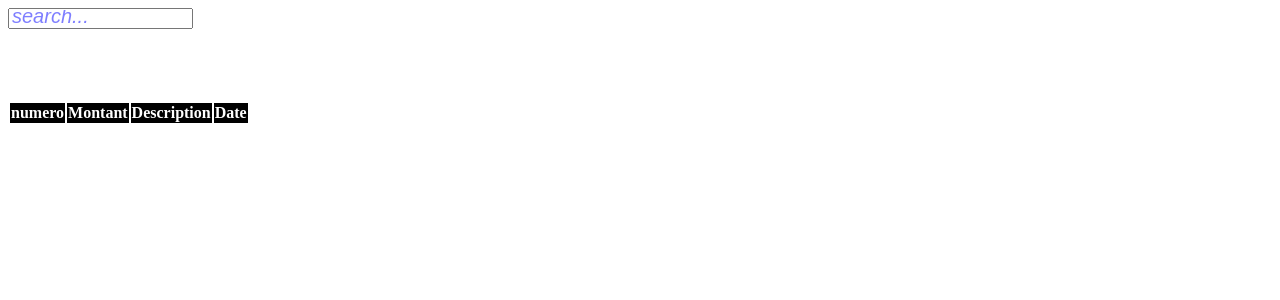
Repository: mitantsoa1/cash
Page: http://localhost/Views/Back/affichage_depot_compte.php
An editor plug-in stored every save of this project. The page is shown before and after the next save, followed by the edit.
The browser window is 1280 px wide. The pictures show the whole page.
The page is run by PHP 8.4 with error messages shown; the project is at /var/www/html/. Queries for data that is not in the repository find no rows.

Above is the page before, as saved 2021-02-18 10:54:42.
Console error: SyntaxError: Unexpected token '<'

### Views/Back/affichage_depot_compte.php
<!DOCTYPE html>
<html lang="en">
<head>
	<meta charset="UTF-8">
	<meta name="viewport" content="width=device-width, initial-scale=1.0">
	<title>Document</title>
	<link rel="stylesheet" href="Publics/css/style.css">
	<link rel="stylesheet" href="Publics/vendor4/bootstrap/css/bootstrap.min.css">
    <link rel="stylesheet" href="Publics/vendor4/font-awesome5/css/all.css">
	<style>
        .affichage_depot_t {
            height: 200px !important;
			overflow-y: auto !important;
			padding-top: 0;
			margin-top: 0;
		}
		table{
			position: relative !important;
			margin-top: 0;
			padding-top: 0;

		}
		thead{
			position: sticky !important;
			top: 0;
			background: rgb(0, 0, 0);
			color: white;
			margin-top: 0;
			padding-top: 0;
		}
		#myInput::placeholder{
			color: blue;
			font-size: 1.5em;
			font-style: italic;
			opacity: .5;
		}

    </style>
</head>
<body>
    <div class="container-fluid">
        <input type="text" name="myInput" id="myInput" placeholder="search... "><br><br>
    </div>
	<br>
	<br>
<div class="container-fluid affichage_depot_t">
				<?php
					include '../../Models/Database.class.php';
					$db = new Database();
					Database::init('localhost','cash','root','');
						$table = $db->selectSP()
										->from('depot')
										->order("id","DESC")
										// ->limit(0,2)
										->executeSP();

						echo " <br><table class='table table-striped table-hover table-bordered' id='myTable'>
								<thead>
									<th>numero</th>
									<th>Montant</th>
									<th>Description</th>
									<th>Date</th>
								</thead>
								<tbody>";

						for ($i=0; $i < count($table); $i++) {
							echo "<tr>
									<td>".$table[$i]->numero."</td>
									<td>".$table[$i]->montant."</td>
									<td>".$table[$i]->description."</td>
									<td>".$table[$i]->date."</td>
								</tr>";
						}
						echo "</tbody>
							</table>";
				?>
			</div>
			<br>
            <script src="Publics/js/jquery-3.1.1.js"></script>
	<script src="Publics/vendor4/bootstrap/js/bootstrap.js"></script>
	<script src="Publics/js/accueilSide.js"></script>
	<!-- <script src="Publics/js/select.js"></script> -->
	<script>
		// filtre depot

		$("#myInput").on("keyup", function() {
			var value = $(this).val().toLowerCase();
			$("#myTable tbody tr").filter(function() {
				$(this).toggle($(this).text().toLowerCase().indexOf(value) > -1)
			});
		});
	</script>
</body>
</html>

### Models/Database.class.php
<?php
    class Database {
        private $query;
        private static $host;
        private static $dbname;
        private static $user;
        private static $pass;
        private static $conn;
        // private $reqA;
        // private $tableA=[];

        public static function init($host,$dbname,$user,$pass){
            self:: $host  = htmlspecialchars(trim($host));
            self:: $dbname  = htmlspecialchars(trim($dbname));
            self:: $user  = htmlspecialchars(trim($user));
            self:: $pass  = htmlspecialchars(trim($pass));
        }

        public static function db(){
            if(!isset(self::$conn)){
                self::$conn = new PDO("mysql:host=".self::$host.";dbname=".self::$dbname,self::$user,self::$pass);
            }
            return self::$conn;
        }
        public function insert($table){
            $table = htmlspecialchars(trim($table));
            $this ->query = "INSERT INTO ".$table ;
            return $this;
        }
        public function parametters($fields){
            $this->query.=" (";
            $cols="";
            $value=" VALUE (";
            for($i=0; $i<count($fields); $i++){
                $cols.=$fields[$i].",";
            }
            $cols = trim($cols,",");
            $cols.=")";
            for($i=0; $i<count($fields); $i++){
                $value.="?,";
            }
            $value = trim($value,",");
            $value.=")";
            $this->query.=$cols.$value;

            return $this;

        }
        public function paramettersNV($fields){
            $this->query.=" (";
            $cols="";
            for($i=0; $i<count($fields); $i++){
                $cols.=$fields[$i].",";
            }
            $cols = trim($cols,",");
            $cols.=")";

            $this->query.=$cols;

            return $this;

        }
        public function selectSP(){
                $this->query = "SELECT * ";
                return $this;
        }

        public function select($fields){
            $this->query = "SELECT ";
            $this->query.=" (";
            $cols="";
            for($i=0; $i<count($fields); $i++){
                $cols.=$fields[$i].",";
            }
            $cols = trim($cols,",");
            $cols.=")";

            $this->query.=$cols;

            return $this;
        }
        public function from($table){
            $table = htmlspecialchars((trim($table)));
            $this->query .= " FROM ".$table;

            return $this;

        }
        public function getQuery(){
            echo $this->query;
        }

        public function execute($data){

            if(strpos($this->query,"?") > -1){
                $req = self::db()->prepare($this->query);
                $req->execute($data);
                return $req->fetchAll(PDO::FETCH_OBJ);
            }
        }
        // public function executeAff($data){
        //     if(strpos($this->query,"?") > -1){
        //         $reqA = self::db()->prepare($this->query);
        //         $reqA->execute($data);
        //         return $reqA->fetchAll(PDO::FETCH_OBJ);
        //     }
        // }
        public function executeSP(){
                $req = self::db()->prepare($this->query);
                $req->execute();
                return $req->fetchAll(PDO::FETCH_OBJ);
        }

        public function sum($table,$fields) {
            $fields = htmlspecialchars(trim($fields)) ;
            $table = htmlspecialchars(trim($table)) ;
            $this->query="SELECT SUM(".$fields.") AS somme FROM ".$table ;
            return $this ;
        }

        public function update($table){
            $this->query = "UPDATE ".$table;

            return $this;
        }
        public function set($fields){
            $this->query .=" SET ";
            for ($i=0; $i<count($fields); $i++){
                $this->query .= $fields[$i]." = ? ,";
            }
            $this->query= trim($this->query,",");

            return $this;
        }

        public function where($primary,$operator){
            $this->query.=" WHERE ".$primary." ".$operator." ?";
            return $this;
        }

        public function delete($table){
            $table = htmlspecialchars(trim($table));
            $this->query = "DELETE FROM ".$table;
            return $this;

        }
        public function et($col,$operator){
            $sql="";
            for($i=0; $i<count($col);$i++){
                $sql.= " AND ".$col[$i]." ".$operator[$i]." ?";
            }
            $this->query .=$sql;

            return $this;
        }
        public function ou($col,$operator){
            $sql="";
            for($i=0; $i<count($col);$i++){
                $sql.= " OR ".$col[$i]." ".$operator[$i]." ?";
            }
            $this->query .=$sql;

            return $this;
        }
        public function out($col){
            $sql="";
            for($i=0; $i<count($col);$i++){
                $sql.= " OR ".$col[$i]." LIKE ?";
            }
            $this->query .=$sql;

            return $this;
        }
        public function retour(){
            return "success";
        }
        public function innerJoin($table1,$table2,$id1,$id2){
            $table1 = htmlspecialchars(trim($table1));
            $table2 = htmlspecialchars(trim($table2));
            $id1 = htmlspecialchars(trim($id1));
            $id2 = htmlspecialchars(trim($id2));

            $this->query .=" INNER JOIN ".$table2." ON ".$table1.".".$id1."=".$table2.".".$id2;
            return $this;
        }
        public function like($cols,$wildcards){
            $this->query .= " WHERE ".$cols." LIKE ".$wildcards;
            return $this;
        }
        public function lik($cols){
            $this->query .= " WHERE ".$cols." LIKE ?";
            return $this;
        }
        public function order($col,$tri){
            $this->query.=" ORDER BY ".$col." ".$tri;
            return $this;
        }
        public function limit($initial,$final){
            $this->query.=" LIMIT ".$initial.", ".$final;
            return $this;
        }
        public function outfile($chemin,$term,$enclose,$lines){
            $this->query .= " INTO OUTFILE '".$chemin."' FIELDS TERMINATED BY '".$term."' OPTIONALLY ENCLOSED BY '".$enclose."' LINES TERMINATED BY '".$lines."'";
            return $this;
        }
}
        // public function selectCom($tab){

        //     $query="SELECT * FROM commission where ";

        //     for($i=0;$i<count($tab);$i++){

        //         $query.= "operateur LIKE %".$tab[$i]."% or montant_min LIKE %".$tab[$i]."% or montant_max LIKE %".$tab[$i]."% or commission_d LIKE %".$tab[$i]."% or commission_r LIKE %".$tab[$i]."% or commission_t LIKE %".$tab[$i]."%";

        //     }
        //     $query = trim($query," ");
		// 	$stmt = self::$conn->prepare($query);
		// 	$stmt->execute();
		// 	$table=[];
		// 	$i=0;
		// 	while($x = $stmt->fetch(PDO::FETCH_OBJ)){
		// 		$table[$i]=$x;
		// 		$i++;
		// 	}
		// 	return $query;
		// }


    // $db = new Database();
    // Database::init('localhost','cash','root','');
    // $db  ->delete("adresse")
    //                           -> where("id_a","=")
    //                           ->getQuery();
    // $table = $db->selectSP()
    // ->from('telephone')
    // ->outfile("C:/down.xls",',','"','\n')
    // ->getQuery();
    // ->innerJoin("telephone","solder","id","id_num")
    // ->innerJoin("telephone","adresse","id_adresse","id_a")
    // ->getQuery();
    //  Database::init("localhost","cash","root","");
    //  $db = new Database();
    //  $t_lieu = $db ->selectSP()
    //  ->from("telephone")
    //  ->innerJoin("telephone","adresse","id_adresse","id")
    //  ->et(["telephone.numero"],["="])
    //  ->getQuery();
    //  $texte = "Voici une phrase ";
    //  $texte = trim($texte);
    //  $tab = explode(" ",$texte);

    //                                ->et(['type'],['='])
    //                                ->order("id","ASC")
    // $db ->insert('commission')
    //                           ->parametters(['operateur','montant_min','montant_max','commission_d','commission_r','commission_t'])



    // $tab = $db ->selectSP()
    // ->from("transaction")
    // ->where("date",">=")
    // ->et(["date"],["<="])
    // ->getQuery();
    // $db ->insert("depot")
    //                           ->parametters(['operateur','montant','description'])
    //                           ->execute(['telma',10000,'ici']);
                            //   ->getQuery();
    // $db ->update("adresse")
    //                                          ->set(['lot','province'])
    //                                          ->where("id","=")
    // $tab = $db ->selectSP()->from("adresse")->getQuery();
                                    // ->executeSP();
                                    // var_dump($tab);

                                    // $db ->update("adresse")
                                    // ->set(['lot','province'])
    // $db->update("solder")
    //                         //   ->paramettersNV(['solde','observation'])
    //                           ->set(['solde','observation'])
    //                           ->where("operateur","=")
    //                           ->execute([20050,'drer','airtel']);
    // $tab = $db  ->selectSP()
    // ->from("solde")
    // ->where("username", "=")
    // ->et(["password","id_operator"], ["=","="])
    // ->getQuery();

    // $table = $db  ->selectSP()
    // ->from("voiture")
    // ->innerJoin("voiture", "personne", "id_personne", "id")
    // ->lik("matricule")
    // ->out(["marque","couleur","nom","prenom"])
    // ->getQuery();

//     $db  ->selectSP()
//     ->from("voiture")
//   ->where("matricule","=")
//     // -> set(["matricule","marque","place","couleur","id_personne"])
// $_POST["chercher"]="tr";
// $wild='%'.$_POST["chercher"].'%';
//         $table = $db  ->selectSP()
//                                      ->from("voiture")
//                                      ->innerJoin("voiture", "personne", "id_personne", "id")
//                                      ->like("matricule",$wild)
//                                      ->getQuery();
// //     ->getQuery();

    // Database::init("localhost","stage","root","");
    // $db = new Database();
    // $db  ->update("voiture")
    // ->paramettersNV(["matricule","marque","place","couleur","id_personne"])
    // -> set(["matricule","marque","place","couleur","id_personne"])
    // ->where("id","=")
    // ->getQuery();
    //                                 ->paramettersNV(["nom","prenom","adresse"])
    //                                 ->set(["nom","prenom","adresse"])
    //                                 ->where("id","=")
    //                                 ->getQuery();
                                    // ->executeSP(["nom","prenom","adresse",7]);
// $tab=$db->selectSP()
// ->from("voiture")
// ->like("marque","'a%'")
// ->where("matricule","=")
// // ->executeAff(["a"]);
// // ->getQuery();
// ->executeSP();
// var_dump($tab) ;
// for($i=0;$i<count($tab);$i++){
// echo $tab[$i]->marque."<br>";
// }

// ->innerJoin("voiture","personne","id_personne","id")
// ->getQuery();
// $db = new Database();
//     $db ->update("personne")
//         ->set(["nom","prenom"])
//         -> where("prenom","=")
//         ->getQuery();
// $db->delete("personne")
// -> where("nom","=")
//        ->getQuery();
// $tab = $db ->selectSP()
//                 ->from("voiture")
//                 ->where("id","=")
//                 // ->getQuery();
//                 ->execute([3]);
//                 var_dump($tab);
?>

### index.php
<?php

require_once ("Controls/Controllers.class.php");
// require_once ("Models/Database.class.php");
// Database::init("localhost","stage","root","");

if(isset($_GET['action'])){
    if(method_exists("Controllers",$_GET['action'])){
        $reflect = new ReflectionMethod("Controllers",$_GET['action']);
        $class = "Controllers";
        $reflect -> invoke(new $class);
    }else{
        Controllers::frontLoadView("erreur.php");
    }
}else{
    Controllers::FrontLoadView("asc.php");
}

?>

### Controls/Controllers.class.php
<?php

    class Controllers{

        public static function BackLoadView($page){
            include("Views/Back/".$page);
        }
        public static function FrontLoadView($page){
            include("Views/Front/".$page);
        }
        public function logout(){
            self::BackLoadView("logOut.php");
        }
        // public function monCompte(){

        // }
        // public function inscrire(){
        //     if (isset($_POST['btnIndex'])){
        //         require_once('Models/Database.class.php');
        //         Database::init("localhost","cash","root","");
        //         $db = new Database();

        //         $username = htmlspecialchars(trim($_POST['username']));
        //         $password = htmlspecialchars(trim($_POST['password']));
        //         $operator = $_POST['selectOperator'];

        //         $tab = $db  ->selectSP()
        //                         ->from("solde")
        //                         ->where("username","=")
        //                         ->execute([$username]);
        //             if(count($tab)>0){
        //                 echo "Erreur ! le nom est déjà pris. Veillez choisir un autre.";
        //             }else{
        //                 $db->insert("solde")
        //                     ->parametters(["username","password","operator"])
        //                     ->execute([$username,$password,$operator]);
        //             }

        //     }
        // }
        // public function connecter(){
        //     require_once('Models/Database.class.php');
        //     Database::init("localhost","cash","root","");
        //         $db = new Database();
        //         self::loadView("indexViews.php");
        //     if (isset($_POST['btnIndex'])) {
        //         $username = htmlspecialchars(trim($_POST['username']));
        //         $password = htmlspecialchars(trim($_POST['password']));
        //         $operator = $_POST['selectOperateur'];
        //         $tab = $db  ->selectSP()
        //                     ->from("solde")
        //                     ->where("username","=")
        //                     ->et(["userpass","id_operator"], ["=","="])
        //                     ->execute([$username,$password,$operator]);

        //                     var_dump($tab);
        //         if(count($tab)>0){
        //             self::loadView("accueil.php");
        //         }else{
        //             self::loadView("erreur.php");
        //         }
        //     }

        // }

    }


?>

### Views/Front/erreur.php
<!DOCTYPE html>
<html lang="fr">
<head>
    <meta charset="UTF-8">
    <meta name="viewport" content="width=device-width, initial-scale=1.0">
    <title>Page invalide</title>
</head>
<body>
    <h1>ERROR 404</h1>

        <p>Cette page n'est pas disponible</p>
</body>
</html>

After the next save:
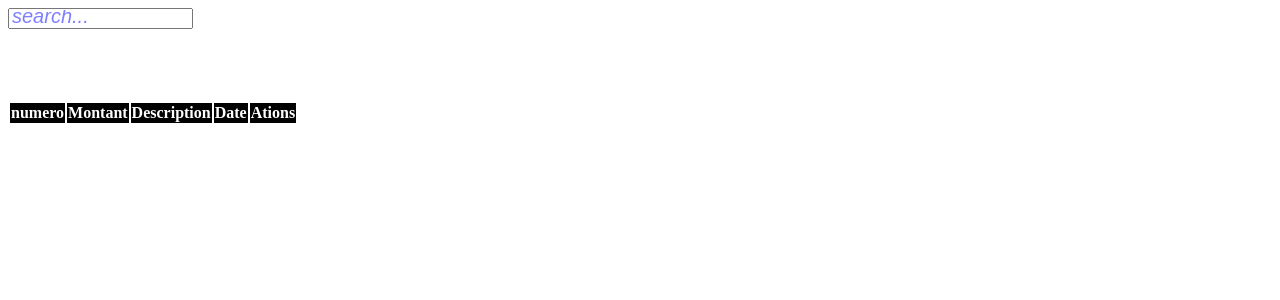
Saved 4 min 49 s later.
--- a/Views/Back/affichage_depot_compte.php
+++ b/Views/Back/affichage_depot_compte.php
@@ -60,6 +60,7 @@
 									<th>Montant</th>
 									<th>Description</th>
 									<th>Date</th>
+									<th>Ations</th>
 								</thead>
 								<tbody>";
 
